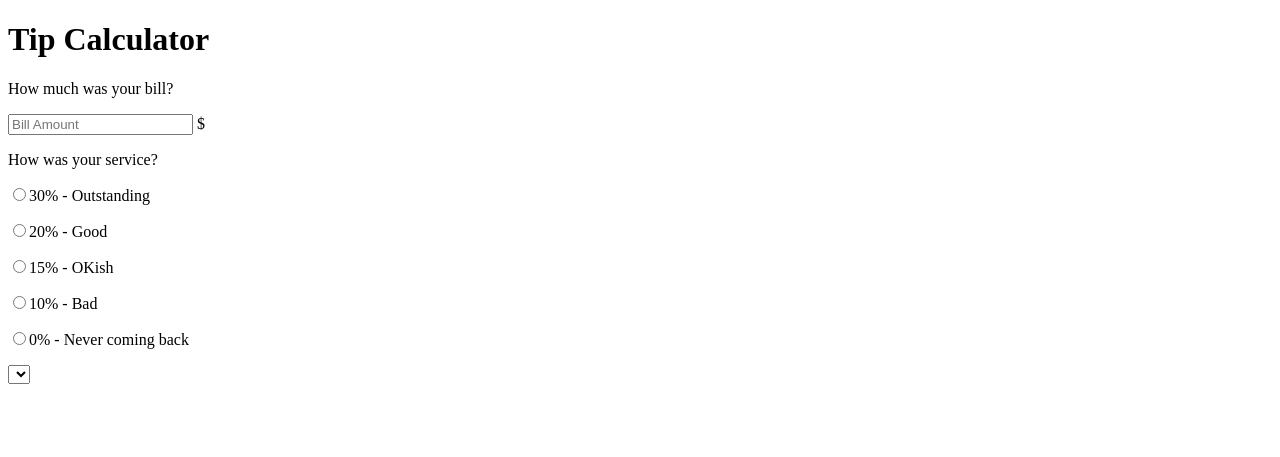
Repository: NiutaR/tip-calculator
Page: index.html
These files come from the project's save history. The page is drawn as it stood at one moment and after the next save; the edit follows.
The browser window is 1280 px wide. The pictures show the whole page.

Above is the page before, as saved 2021-07-24 17:00:10.

### index.html
<!DOCTYPE html>
<html lang="en">
<head>
    <meta charset="UTF-8">
    <meta http-equiv="X-UA-Compatible" content="IE=edge">
    <meta name="viewport" content="width=device-width, initial-scale=1.0">
    <link rel="stylesheet" href="style.css">
    <title>Tip Calculator</title>
</head>
<body>
    <div id="container">
        <h1>Tip Calculator</h1>
    </div>
    <div id="calculator">
        <form>
            <p>How much was your bill?</p>
            <input id="amount" type="text" placeholder="Bill Amount"> $
            <p>How was your service?</p>
            <p><input id="service" type="radio" value="0.3">30&#37  - Outstanding</p>
            <p><input id="service" type="radio" value="0.2">20&#37  - Good</p>
            <p><input id="service" type="radio" value="0.15">15&#37 - OKish</p>
            <p><input id="service" type="radio" value="0.1">10&#37  - Bad</p>
            <p><input id="service" type="radio" value="0.05">0&#37  - Never coming back</p>
            <p></p>
            <select>
                <option value="1"></option>
            </select>

        </form>
    </div>
    <script src="index.js"></script>
</body>
</html>

Loaded but not shown: index.js (no copy from this time; the picture is the same without it); style.css (no copy from this time; the picture is the same without it)

After the next save:
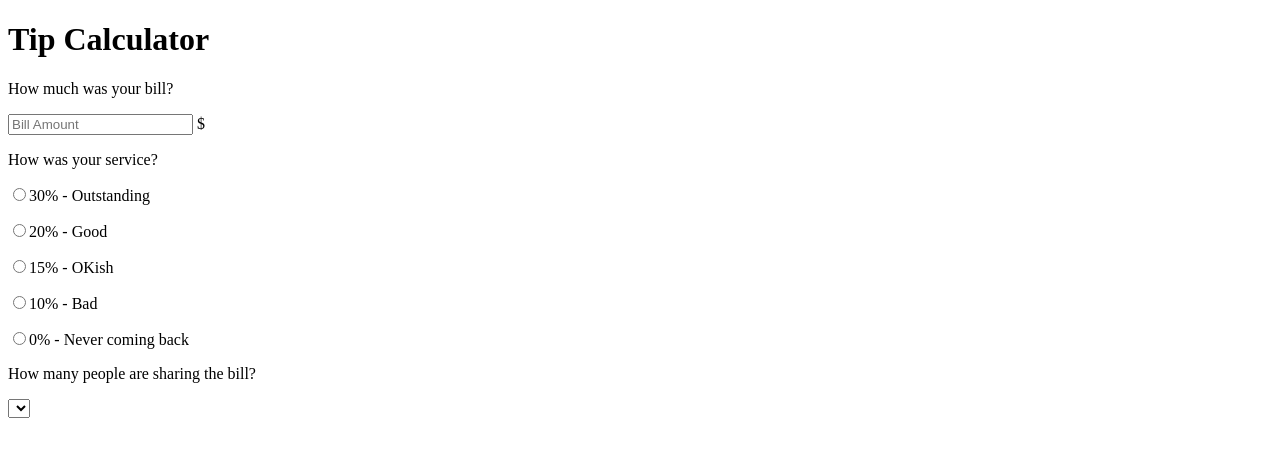
Saved 22 s later.
--- a/index.html
+++ b/index.html
@@ -21,7 +21,7 @@
             <p><input id="service" type="radio" value="0.15">15&#37 - OKish</p>
             <p><input id="service" type="radio" value="0.1">10&#37  - Bad</p>
             <p><input id="service" type="radio" value="0.05">0&#37  - Never coming back</p>
-            <p></p>
+            <p>How many people are sharing the bill?</p>
             <select>
                 <option value="1"></option>
             </select>
